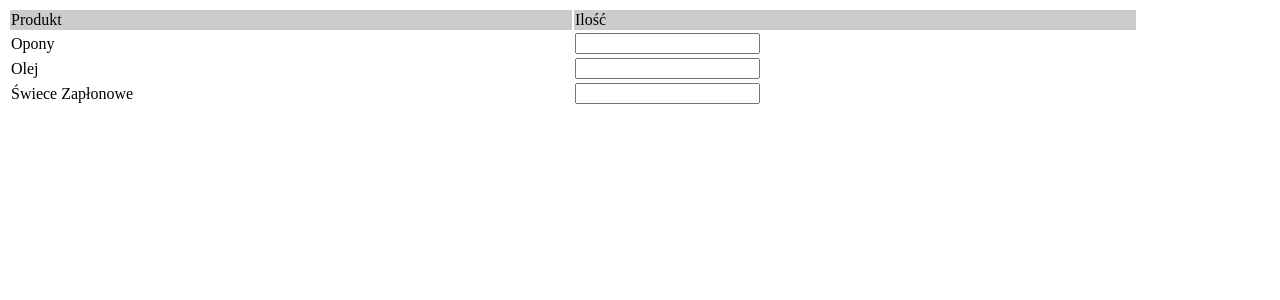
Repository: gabr/workspace
Page: php 001 - formularz/formularz.html
An editor plug-in stored every save of this project. The page is shown before and after the next save, followed by the edit.
The browser window is 1280 px wide. The pictures show the whole page.

Above is the page before, as saved 2013-02-22 21:14:14.

After the next save:
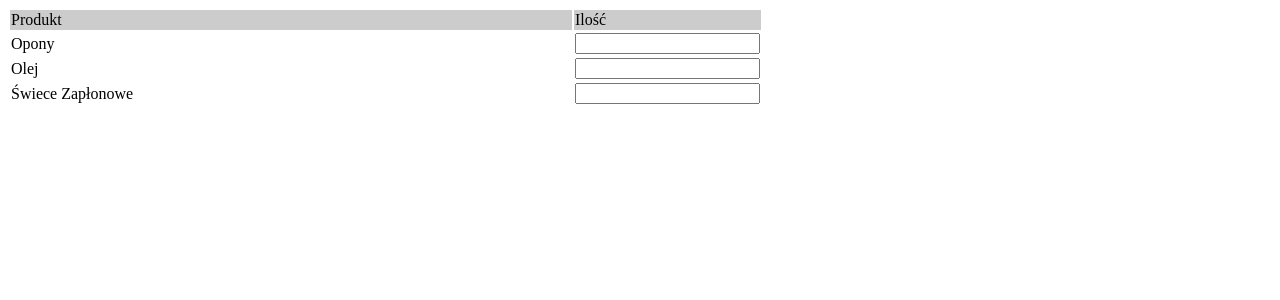
Saved 9 s later.
--- a/php 001 - formularz/style.css
+++ b/php 001 - formularz/style.css
@@ -8,6 +8,6 @@ table {
 	background-color: #cccccc;
 }
 
-tr > td {
+tr > td:first-child {
 	width: 35em;
 }
